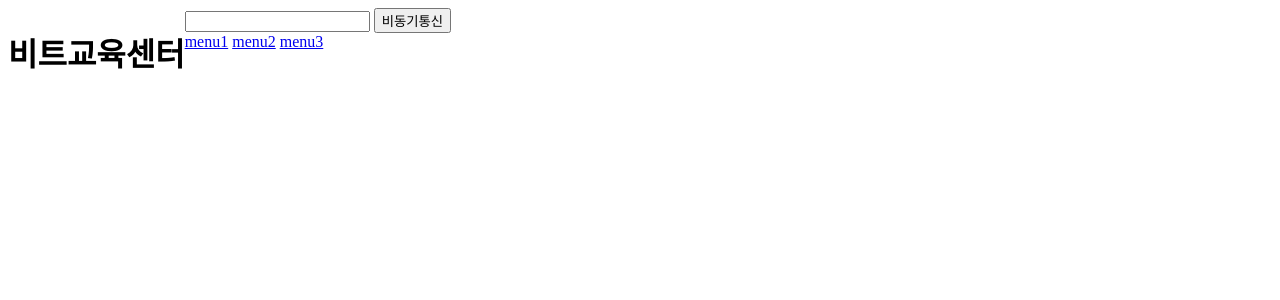
Repository: 2ket/workspace2
Page: web13/WebContent/index.html
The author's editor kept a copy of each file at every save. The page is drawn from the files as they stood at one save, then again after the next save.
The browser window is 1280 px wide. The pictures show the whole page.

Above is the page before, as saved 2019-06-07 07:08:08.

After the next save:
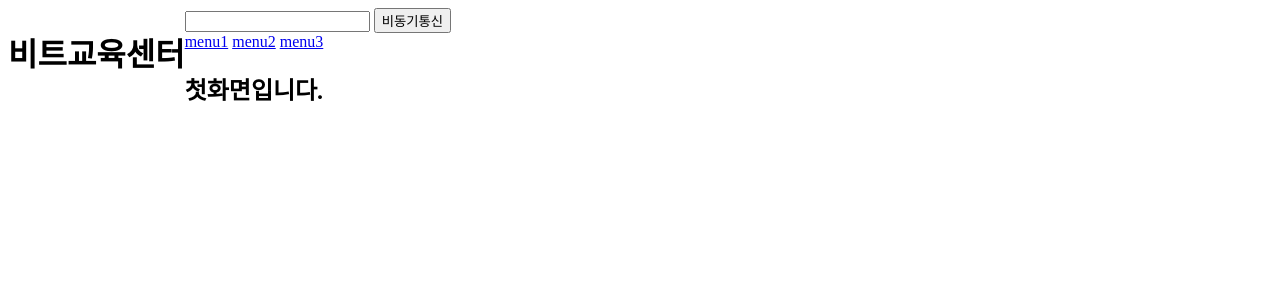
Saved 21 s later.
--- a/web13/WebContent/index.html
+++ b/web13/WebContent/index.html
@@ -38,5 +38,9 @@
 		<a href="#">menu2</a>
 		<a href="#">menu3</a>
 	</div>
+	<div id="content">
+		<h2>첫화면입니다.</h2>
+	</div>
+
 </body>
 </html>
